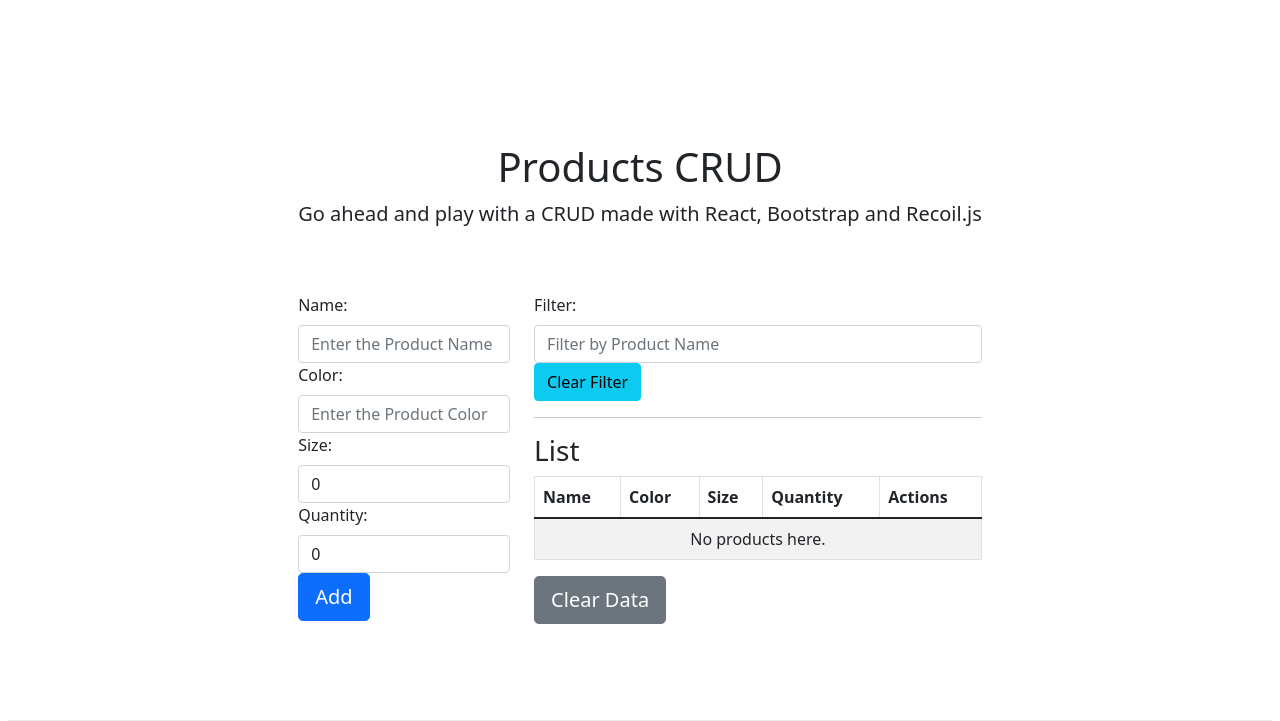
Repository: vperea95/crud-next
Page: /
These files come from the project's save history. The page is drawn as it stood at one moment and after the next save; the edit follows.
The browser window is 1280 px wide. The pictures show the whole page.
The project was rebuilt for these pictures with package versions that can differ from the ones it lists, and the page was loaded fresh each time. The framework's server and built-in components were replaced by stand-ins that run in the browser. Also part of the build but not shown: next.config.js, components/modals/AddProduct.js.

Above is the page before, as saved 2021-11-19 14:12:28.

After the next save:
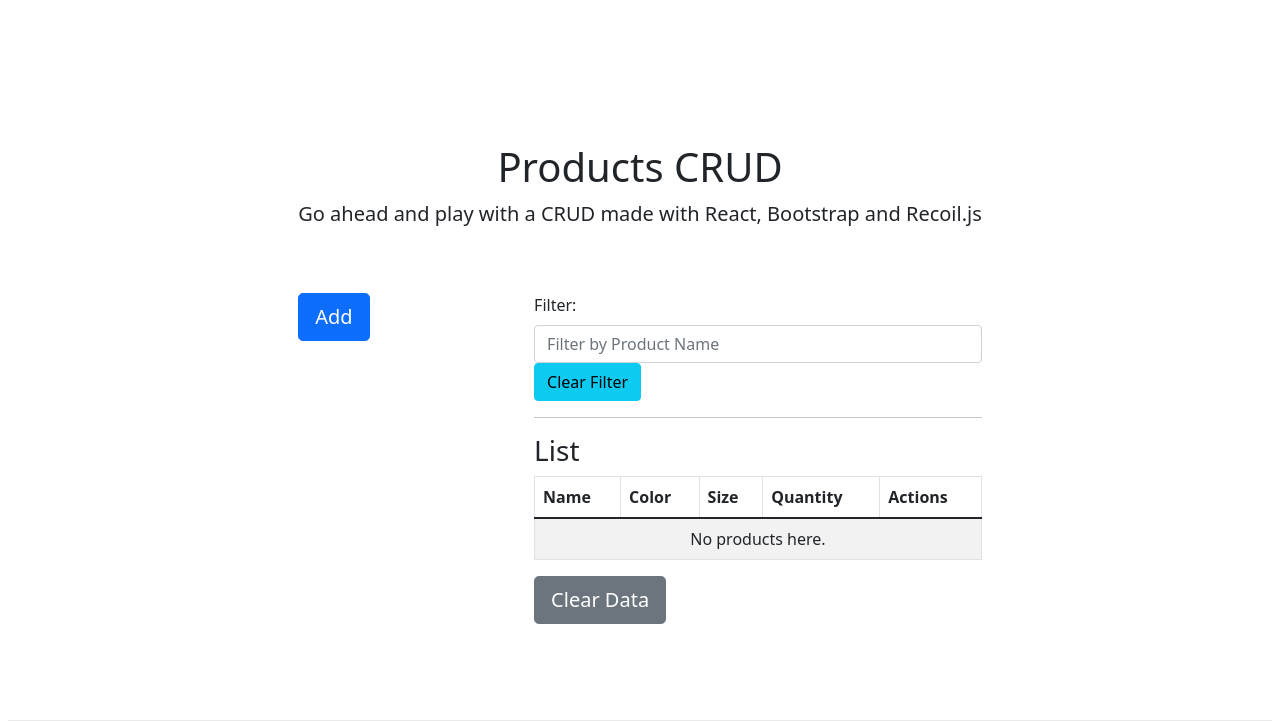
Saved 3 min 34 s later.
--- a/components/AddProduct.js
+++ b/components/AddProduct.js
@@ -1,101 +1,13 @@
 import React, { useState } from "react";
-import { Button, Form } from "react-bootstrap";
+import { Button} from "react-bootstrap";
 
-import { useSetRecoilState } from "recoil";
-import { v4 as uuid4 } from "uuid";
-import { products } from "../store";
 
 const AddProduct = () => {
-  const [name, setName] = useState("");
-  const [color, setColor] = useState("");
-  const [size, setSize] = useState(0.0);
-  const [quantity, setQuantity] = useState(0);
-  const setProducts = useSetRecoilState(products);
-
-  const onChangeName = (e) => {
-    setName(e.target.value);
-  };
-
-  const onChangeColor = (e) => {
-    setColor(e.target.value);
-  };
-
-  const onChangeSize = (e) => {
-    setSize(e.target.value);
-  };
-
-  const onChangeQuantity = (e) => {
-    setQuantity(e.target.value);
-  };
-
-  const addProduct = () => {
-    setProducts((oldList) => [
-      ...oldList,
-      {
-        id: uuid4(),
-        name: name,
-        color: color,
-        size: size,
-        quantity: quantity,
-      },
-    ]);
-
-    resetForm();
-  };
-
-  const resetForm = () => {
-    setName("");
-    setColor("");
-    setSize(0.0);
-    setQuantity(0);
-  };
 
   return (
-    <Form>
-      <Form.Group controlId="name">
-        <Form.Label>Name:</Form.Label>
-        <Form.Control
-          type="text"
-          value={name}
-          placeholder="Enter the Product Name"
-          onChange={(e) => onChangeName(e)}
-        />
-      </Form.Group>
-
-      <Form.Group controlId="color">
-        <Form.Label>Color:</Form.Label>
-        <Form.Control
-          type="text"
-          value={color}
-          placeholder="Enter the Product Color"
-          onChange={(e) => onChangeColor(e)}
-        />
-      </Form.Group>
-
-      <Form.Group controlId="size">
-        <Form.Label>Size:</Form.Label>
-        <Form.Control
-          type="number"
-          value={size}
-          placeholder="Enter the Product Size"
-          onChange={(e) => onChangeSize(e)}
-        />
-      </Form.Group>
-
-      <Form.Group controlId="quantity">
-        <Form.Label>Quantity:</Form.Label>
-        <Form.Control
-          type="number"
-          value={quantity}
-          placeholder="Enter the Product Quantity"
-          onChange={(e) => onChangeQuantity(e)}
-        />
-      </Form.Group>
-
-      <Button variant="primary" size="lg" onClick={() => addProduct()}>
+      <Button variant="primary" size="lg">
         Add
       </Button>
-    </Form>
   );
 };
 
